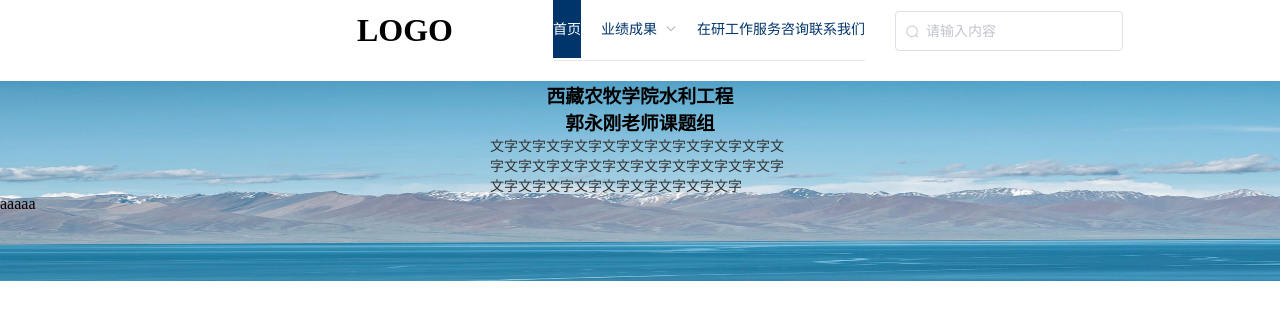
Repository: BLSY/xzust
Page: /
These files come from the project's save history. The page is drawn as it stood at one moment and after the next save; the edit follows.
The browser window is 1280 px wide. The pictures show the whole page.
The project was rebuilt for these pictures with package versions that can differ from the ones it lists, and the page was loaded fresh each time.

Above is the page before, as saved 2022-11-26 20:59:40.

After the next save:
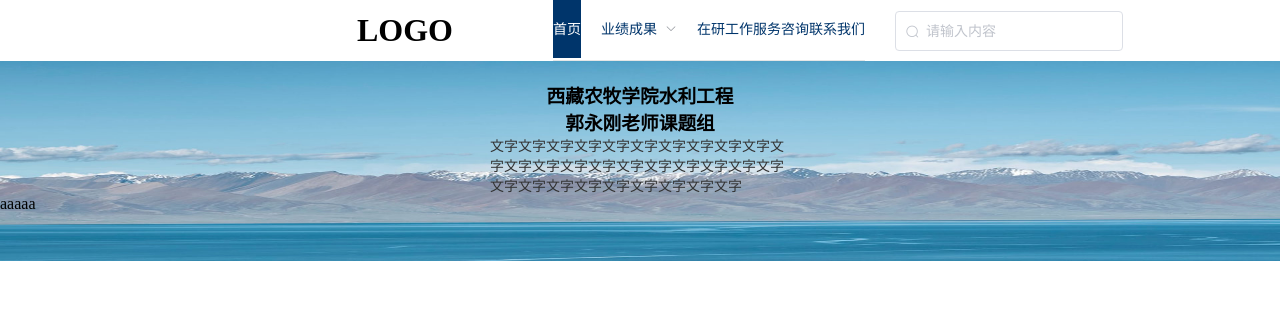
Saved 12 s later.
--- a/src/components/HelloWorld.vue
+++ b/src/components/HelloWorld.vue
@@ -114,6 +114,7 @@ export default {
   background-size:100% 100% ;
   width: 100%;
   height: 200px;
+  overflow: hidden;
 }
   .toptext{
     margin-top: 20px;
